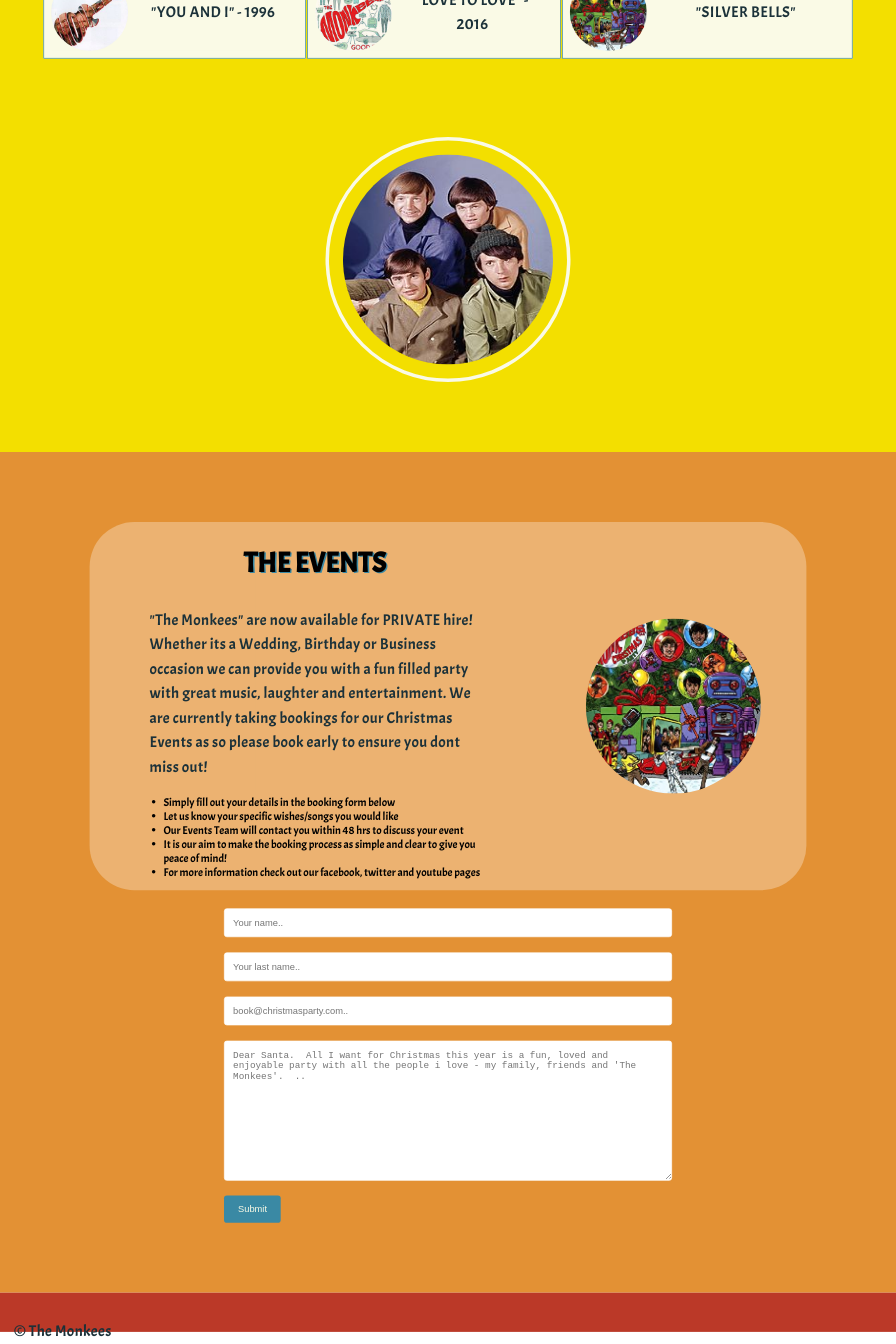
Repository: stu1612/Milestone-Project-Stu-Bolderson
Page: index.html
The author's editor kept a record of every edit. The page is drawn from the files as they stood at one moment, then again after the next edit.
The browser window is 1280 px wide. The pictures show the part of the page from y = 3614 to 5534 px (the page is 5534 px tall before and 5398 px after), at 70% of full size.
Some web libraries are served in a nearby version.

Above is the page before.

After the next edit:
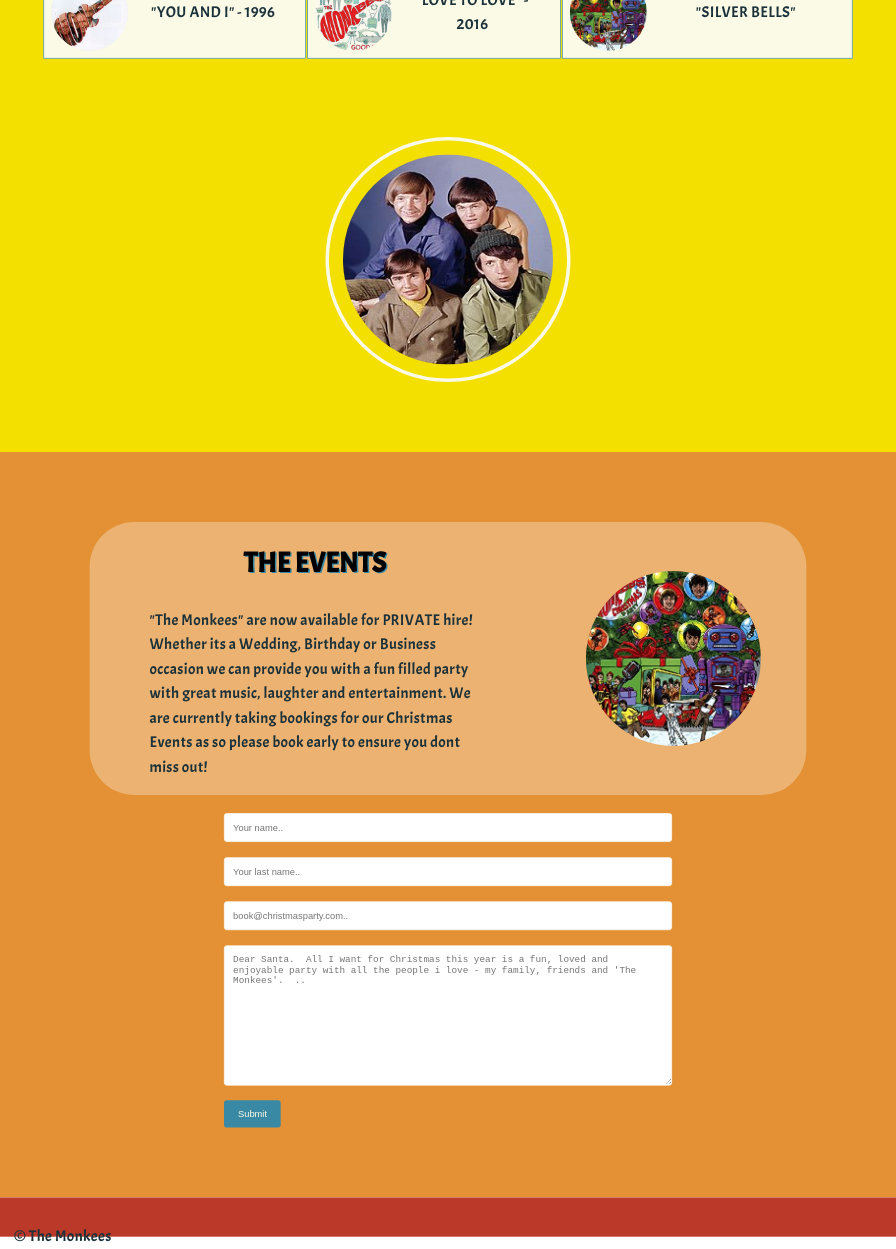
The edit:
--- a/index.html
+++ b/index.html
@@ -300,13 +300,7 @@
                     <h2>The Events</h2>
                     <p>"The Monkees" are now available for PRIVATE hire! Whether its a Wedding, Birthday or Business occasion we can provide you with a fun filled party with great music, laughter and entertainment. We are currently taking bookings for our Christmas Events
                         as so please book early to ensure you dont miss out!</p>
-                    <ul>
-                        <li>Simply fill out your details in the booking form below</li>
-                        <li>Let us know your specific wishes/songs you would like</li>
-                        <li>Our Events Team will contact you within 48 hrs to discuss your event</li>
-                        <li>It is our aim to make the booking process as simple and clear to give you peace of mind!</li>
-                        <li>For more information check out our facebook, twitter and youtube pages</li>
-                    </ul>
+
 
                 </div>
                 <img src="./assets/images/mon_xmas.jpg" alt="Image of the Christmas Party album cover">
